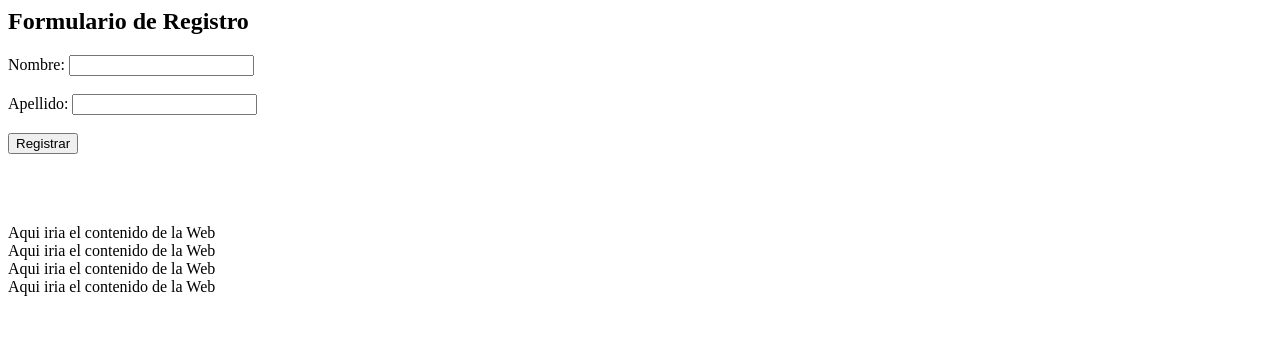
Repository: jchemile/varios
Page: http://localhost/Primeros_pasos_JSP/Registro-Personas.jsp
An editor plug-in stored every save of this project. The page is shown before and after the next save, followed by the edit.
The browser window is 1280 px wide. The pictures show the whole page.
The page is served by Tomcat 9.

Above is the page before, as saved 2020-04-19 22:53:57.

After the next save:
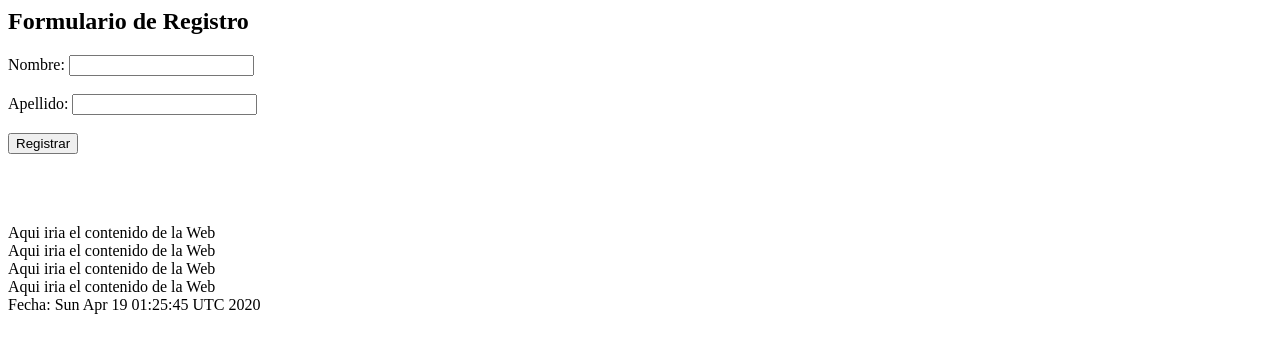
Saved 2 min 32 s later.
--- a/pildoras_informaticas/javaee/Primeros_pasos_JSP/WebContent/Registro-Personas.jsp
+++ b/pildoras_informaticas/javaee/Primeros_pasos_JSP/WebContent/Registro-Personas.jsp
@@ -12,6 +12,8 @@ Aqui iria el contenido de la Web <br>
 
 Aqui iria el contenido de la Web <br>
 
+<jsp:include page="Fecha.jsp"></jsp:include><br><br><br>
+
 
 </body>
 </html>
